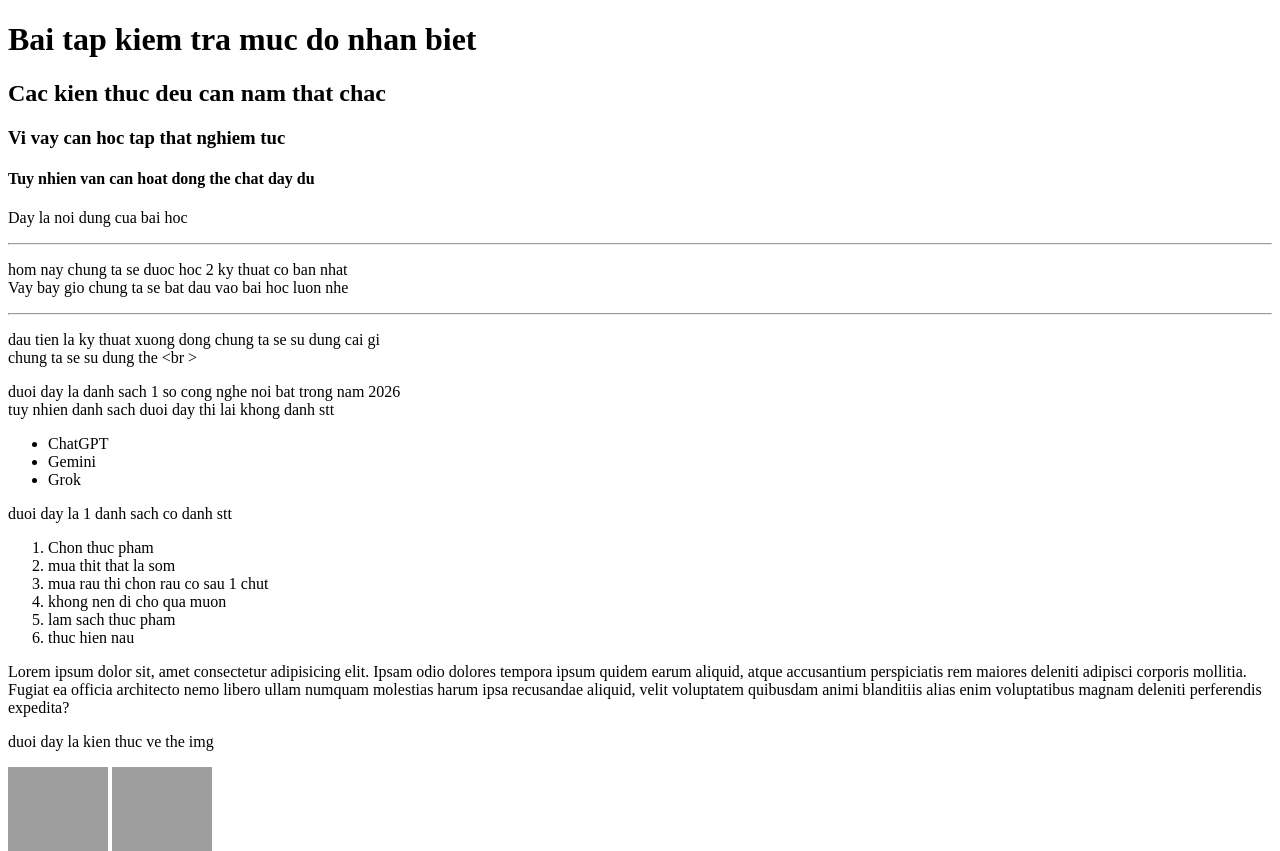
Repository: bachphamudu/my-tech-docs
Page: index.html
These files come from the project's save history. The page is drawn as it stood at one moment and after the next save; the edit follows.
The browser window is 1280 px wide. The pictures show the part of the page from y = 0 to 851 px (the page is 1183 px tall before and 1813 px after).
Pictures or frames that could not be fetched are drawn as grey boxes. A picture or video elsewhere on the page could not be fetched, so the positions and the page height are approximate.

Above is the page before, as saved 2026-10-17 09:35:19.

### index.html
<!DOCTYPE html>
<html lang="vi">
<head>
    <meta charset="UTF-8">
    <meta name="viewport" content="width=device-width, initial-scale=1.0">
    <title>Bai tap</title>
</head>
<body>
    <h1>Bai tap kiem tra muc do nhan biet</h1>
    <h2>Cac kien thuc deu can nam that chac</h2>
    <h3>Vi vay can hoc tap that nghiem tuc</h3>
    <h4>Tuy nhien van can hoat dong the chat day du</h4>
    <p>Day la noi dung cua bai hoc</p>
    <hr>
    <p>hom nay chung ta se duoc hoc 2 ky thuat co ban nhat <br>
    Vay bay gio chung ta se bat dau vao bai hoc luon nhe</p>
    <hr>
    <p>dau tien la ky thuat xuong dong chung ta se su dung cai gi <br>
    chung ta se su dung the &lt;br	&gt;</p>
    <p id="diem-dich">duoi day la danh sach 1 so cong nghe noi bat trong nam 2026 <br>
    tuy nhien danh sach duoi day thi lai khong danh stt</p>
    <ul>
        <li>ChatGPT</li>
        <li>Gemini</li>
        <li>Grok</li>
    </ul>
    <p>duoi day la 1 danh sach co danh stt</p>
    <ol>
        <li>Chon thuc pham
            <li>mua thit that la som</li>
            <li>mua rau thi chon rau co sau 1 chut</li>
            <li>khong nen di cho qua muon</li>
        </li>
        <li>lam sach thuc pham</li>
        <li>thuc hien nau</li>
    </ol>
    <p>Lorem ipsum dolor sit, amet consectetur adipisicing elit. Ipsam odio dolores tempora ipsum quidem earum aliquid, atque accusantium perspiciatis rem maiores deleniti adipisci corporis mollitia. Fugiat ea officia architecto nemo libero ullam numquam molestias harum ipsa recusandae aliquid, velit voluptatem quibusdam animi blanditiis alias enim voluptatibus magnam deleniti perferendis expedita?</p>
    <p>duoi day la kien thuc ve the img</p>
    <img src="./assets/images/tkb hiện tại.PNG\" alt="thoi khoa bieu" width="100" height="100">
    <img src="https://r2.nucuoimekong.com/wp-content/uploads/buc-anh-dep-can-bang-sang-tot-1.jpg" alt="anh nguoi con gai"
    width="100" height="100">
    <br>
    <a href="https://www.facebook.com/?locale=vi_VN" target="_blank">
        <img src="https://encrypted-tbn0.gstatic.com/images?q=tbn:ANd9GcTf80o1JkVCEOLrrsDDBAKGcWYvV-_hE0GAKsaY1xgL_Q&s">
    </a>
    <a href="#">Nhan vao day de di chuyen</a>
</body>
</html>

After the next save:
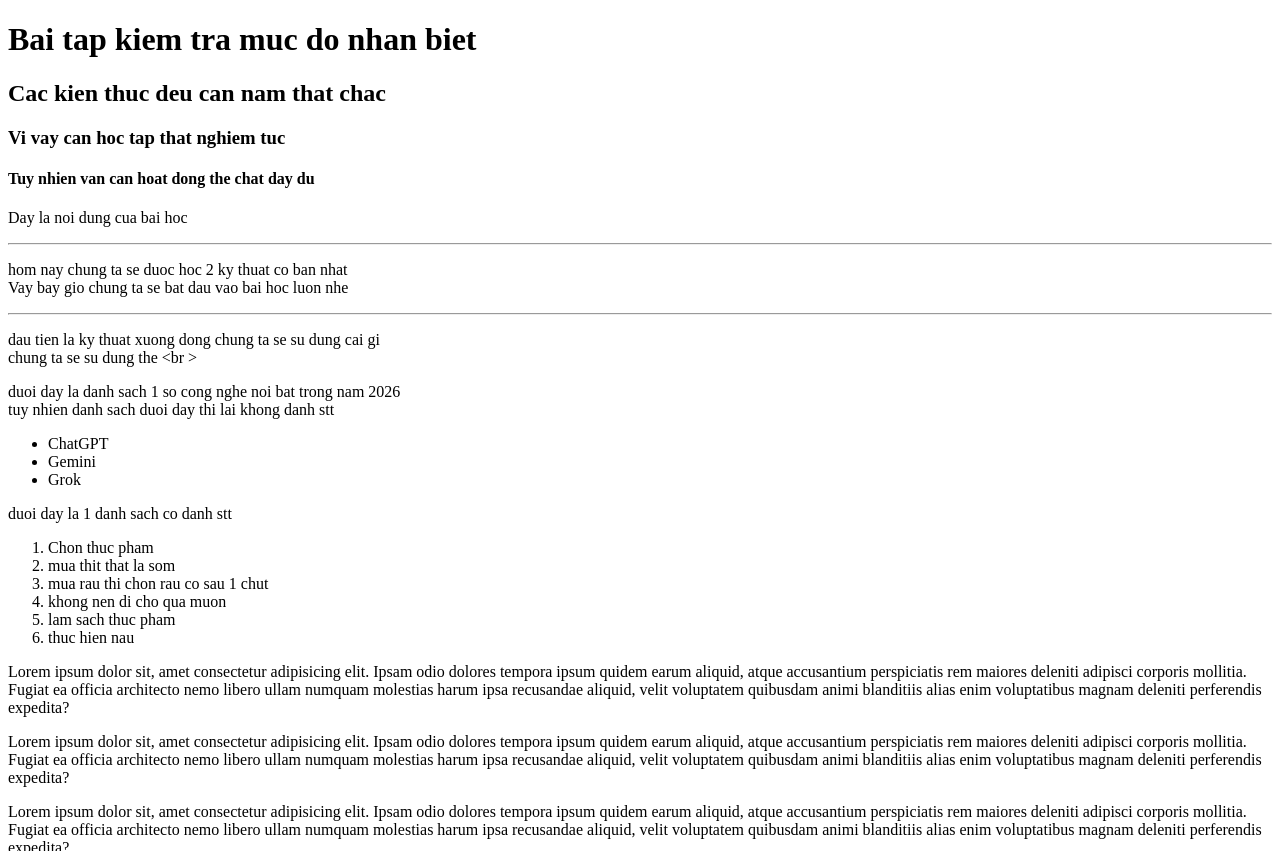
Saved 19 s later.
--- a/index.html
+++ b/index.html
@@ -35,6 +35,15 @@
         <li>thuc hien nau</li>
     </ol>
     <p>Lorem ipsum dolor sit, amet consectetur adipisicing elit. Ipsam odio dolores tempora ipsum quidem earum aliquid, atque accusantium perspiciatis rem maiores deleniti adipisci corporis mollitia. Fugiat ea officia architecto nemo libero ullam numquam molestias harum ipsa recusandae aliquid, velit voluptatem quibusdam animi blanditiis alias enim voluptatibus magnam deleniti perferendis expedita?</p>
+    <p>Lorem ipsum dolor sit, amet consectetur adipisicing elit. Ipsam odio dolores tempora ipsum quidem earum aliquid, atque accusantium perspiciatis rem maiores deleniti adipisci corporis mollitia. Fugiat ea officia architecto nemo libero ullam numquam molestias harum ipsa recusandae aliquid, velit voluptatem quibusdam animi blanditiis alias enim voluptatibus magnam deleniti perferendis expedita?</p>
+    <p>Lorem ipsum dolor sit, amet consectetur adipisicing elit. Ipsam odio dolores tempora ipsum quidem earum aliquid, atque accusantium perspiciatis rem maiores deleniti adipisci corporis mollitia. Fugiat ea officia architecto nemo libero ullam numquam molestias harum ipsa recusandae aliquid, velit voluptatem quibusdam animi blanditiis alias enim voluptatibus magnam deleniti perferendis expedita?</p>
+    <p>Lorem ipsum dolor sit, amet consectetur adipisicing elit. Ipsam odio dolores tempora ipsum quidem earum aliquid, atque accusantium perspiciatis rem maiores deleniti adipisci corporis mollitia. Fugiat ea officia architecto nemo libero ullam numquam molestias harum ipsa recusandae aliquid, velit voluptatem quibusdam animi blanditiis alias enim voluptatibus magnam deleniti perferendis expedita?</p>
+    <p>Lorem ipsum dolor sit, amet consectetur adipisicing elit. Ipsam odio dolores tempora ipsum quidem earum aliquid, atque accusantium perspiciatis rem maiores deleniti adipisci corporis mollitia. Fugiat ea officia architecto nemo libero ullam numquam molestias harum ipsa recusandae aliquid, velit voluptatem quibusdam animi blanditiis alias enim voluptatibus magnam deleniti perferendis expedita?</p>
+    <p>Lorem ipsum dolor sit, amet consectetur adipisicing elit. Ipsam odio dolores tempora ipsum quidem earum aliquid, atque accusantium perspiciatis rem maiores deleniti adipisci corporis mollitia. Fugiat ea officia architecto nemo libero ullam numquam molestias harum ipsa recusandae aliquid, velit voluptatem quibusdam animi blanditiis alias enim voluptatibus magnam deleniti perferendis expedita?</p>
+    <p>Lorem ipsum dolor sit, amet consectetur adipisicing elit. Ipsam odio dolores tempora ipsum quidem earum aliquid, atque accusantium perspiciatis rem maiores deleniti adipisci corporis mollitia. Fugiat ea officia architecto nemo libero ullam numquam molestias harum ipsa recusandae aliquid, velit voluptatem quibusdam animi blanditiis alias enim voluptatibus magnam deleniti perferendis expedita?</p>
+    <p>Lorem ipsum dolor sit, amet consectetur adipisicing elit. Ipsam odio dolores tempora ipsum quidem earum aliquid, atque accusantium perspiciatis rem maiores deleniti adipisci corporis mollitia. Fugiat ea officia architecto nemo libero ullam numquam molestias harum ipsa recusandae aliquid, velit voluptatem quibusdam animi blanditiis alias enim voluptatibus magnam deleniti perferendis expedita?</p>
+    <p>Lorem ipsum dolor sit, amet consectetur adipisicing elit. Ipsam odio dolores tempora ipsum quidem earum aliquid, atque accusantium perspiciatis rem maiores deleniti adipisci corporis mollitia. Fugiat ea officia architecto nemo libero ullam numquam molestias harum ipsa recusandae aliquid, velit voluptatem quibusdam animi blanditiis alias enim voluptatibus magnam deleniti perferendis expedita?</p>
+    <p>Lorem ipsum dolor sit, amet consectetur adipisicing elit. Ipsam odio dolores tempora ipsum quidem earum aliquid, atque accusantium perspiciatis rem maiores deleniti adipisci corporis mollitia. Fugiat ea officia architecto nemo libero ullam numquam molestias harum ipsa recusandae aliquid, velit voluptatem quibusdam animi blanditiis alias enim voluptatibus magnam deleniti perferendis expedita?</p>
     <p>duoi day la kien thuc ve the img</p>
     <img src="./assets/images/tkb hiện tại.PNG\" alt="thoi khoa bieu" width="100" height="100">
     <img src="https://r2.nucuoimekong.com/wp-content/uploads/buc-anh-dep-can-bang-sang-tot-1.jpg" alt="anh nguoi con gai"
